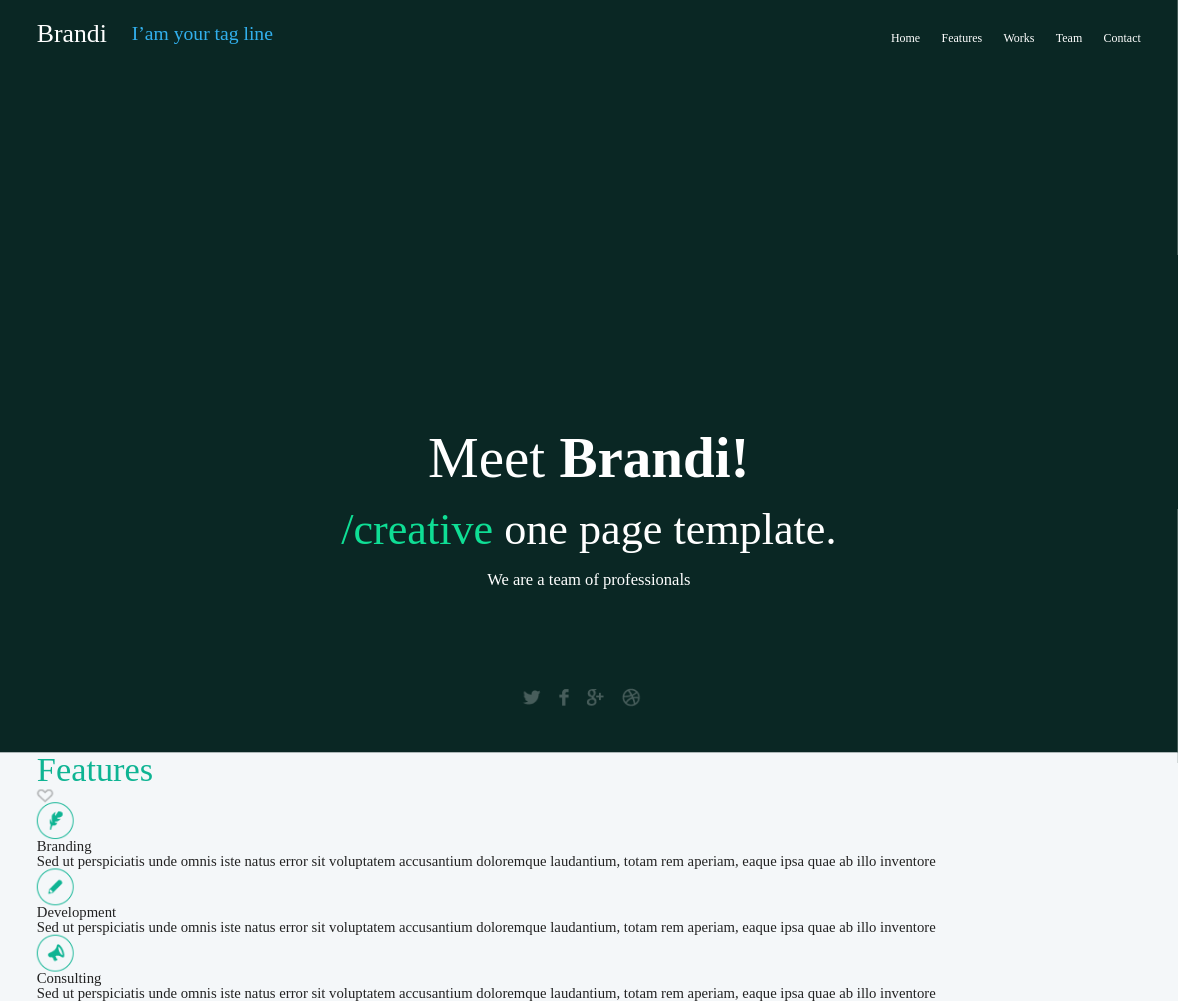
Repository: iravakilova/Brandi
Page: app/index.html
An editor plug-in stored every save of this project. The page is shown before and after the next save, followed by the edit.
The browser window is 1280 px wide. The pictures show the whole page, at 92% of full size.

Above is the page before, as saved 2020-02-14 22:16:22.

### app/index.html
<!DOCTYPE html>
<html lang="en">
<head>
    <meta charset="UTF-8">
    <meta name="viewport" content="width=device-width, initial-scale=1.0">
    <title>BRANDI</title>
    <link rel="stylesheet" href="reset.css">
    <link rel="stylesheet" href="style.css">
</head>
<body>

    <!-- header -->

    <header class="header">
        <div class="container">
            <div class="header__inner">
                <div class="header__logo">
                    <p class="logo">Brandi</p>
                    <p class="logo-text">I’am your tag line</p>
                </div>

                <nav class="nav">
                    <a class="nav__link active" href="#">Home</a>
                    <a class="nav__link" href="#">Features</a>
                    <a class="nav__link" href="#">Works</a>
                    <a class="nav__link" href="#">Team</a>
                    <a class="nav__link" href="#">Contact</a>
                </nav>
            </div>
        </div>

        <div class="intro">
            <div class="container">
                <div class="intro__inner">
                    <h1 class="intro__title">Meet <span style="font-weight: bold;">Brandi! </span> </h1>
                    <h2 class="intro__suptitle"><span style="color:#0fde95;">/creative</span> one page template.</h2>
                    <span class="intro__descr">We are a team of professionals</span>
                </div>
                <div class="social">
                    <a class="social__link" href="#"><img src="./img/twitter.png" alt="twitter"></a>
                    <a class="social__link" href="#"><img src="./img/facebook.png" alt="facebook"></a>
                    <a class="social__link" href="#"><img src="./img/google.png" alt="google"></a>
                    <a class="social__link" href="#"><img src="./img/dribbble.png" alt="dribbble"></a>
                </div>
            </div>
        </div>
    </header>

    <!-- features -->

    <section class="features">
        <div class="container">
            <h3 class="unit-title">Features</h3>
            <img class="heart" src="./img/heart.png" alt="">
            <div class="features__inner">
                <div class="features__var">
                    <img class="features__image" src="./img/features-1.png" alt="">
                    <h4 class="features__title">Branding</h4>
                    <p class="features__descr">Sed ut perspiciatis unde omnis iste natus error sit voluptatem accusantium doloremque laudantium, totam rem aperiam, eaque ipsa quae ab illo inventore</p>
                </div>
                <div class="features__var">
                    <img class="features__image" src="./img/features-2.png" alt="">
                    <h4 class="features__titile">Development</h4>
                    <p class="features__descr">Sed ut perspiciatis unde omnis iste natus error sit voluptatem accusantium doloremque laudantium, totam rem aperiam, eaque ipsa quae ab illo inventore</p>
                </div>
                <div class="features__var">
                    <img class="features__image" src="./img/features-3.png" alt="">
                    <h4 class="features__titile">Consulting</h4>
                    <p class="features__descr">Sed ut perspiciatis unde omnis iste natus error sit voluptatem accusantium doloremque laudantium, totam rem aperiam, eaque ipsa quae ab illo inventore</p>
                </div>

            </div>
        </div>

    </section>


</body>
</html>

### app/style.css

.container {
    width: 100%;
    max-width: 1200px;
    margin: 0 auto;
}
.unit-title{
    font-family: "Pacifico-Regular", "AdobeInvisFont", "MyriadPro-Regular";
    font-size: 28pt;
    color: rgba(14, 180, 147, 255);
}
/* header */

.header {
    width: 100%;
    font-family: "Pacifico-Regular", "AdobeInvisFont", "MyriadPro-Regular";
    background-color: #0a2724;
}
.header__inner {
    display: flex;
    justify-content: space-between;
    align-items: center;
    padding-bottom: 394px;
}
.header__logo{
    display: flex;
    justify-content: space-between;
    align-items: center;
    margin: 0;
}
.logo {
    color: #fff;

    font-size: 28px;
    margin-right: 27px;
}
.logo-text{
    font-size: 16pt;
    color: rgba(50, 176, 238, 255);
}
.nav {
    font-size: 13px;
    padding: 35px 0 25px;

}
.nav__link {
    display: inline-block;
    vertical-align: top;
    margin-left: 20px;
    color: #fff;
    text-decoration: none;
}
.intro{
    text-align: center;
}
.intro__inner{
    margin-bottom: 109px;
}
.intro__title{
    font-size: 62px;
    color: #fff;
    padding-bottom: 22px;
}
.intro__suptitle{
    font-size: 48px;
    color: #fff;
    padding-bottom: 22px;
}
.intro__descr{
    font-size: 18px;
    color: #fff;
    margin-bottom: 109px;
}
.social{
    padding-bottom: 50px;
}
.social__link img{
    opacity: 0.25;
    margin-right: 16px;
}
.social img:hover{
    opacity: 1;
}

/* features */

.features{
    width: 100%;
    background-color: #f4f7f9;
}

Loaded but not shown: app/reset.css (common file)

After the next save:
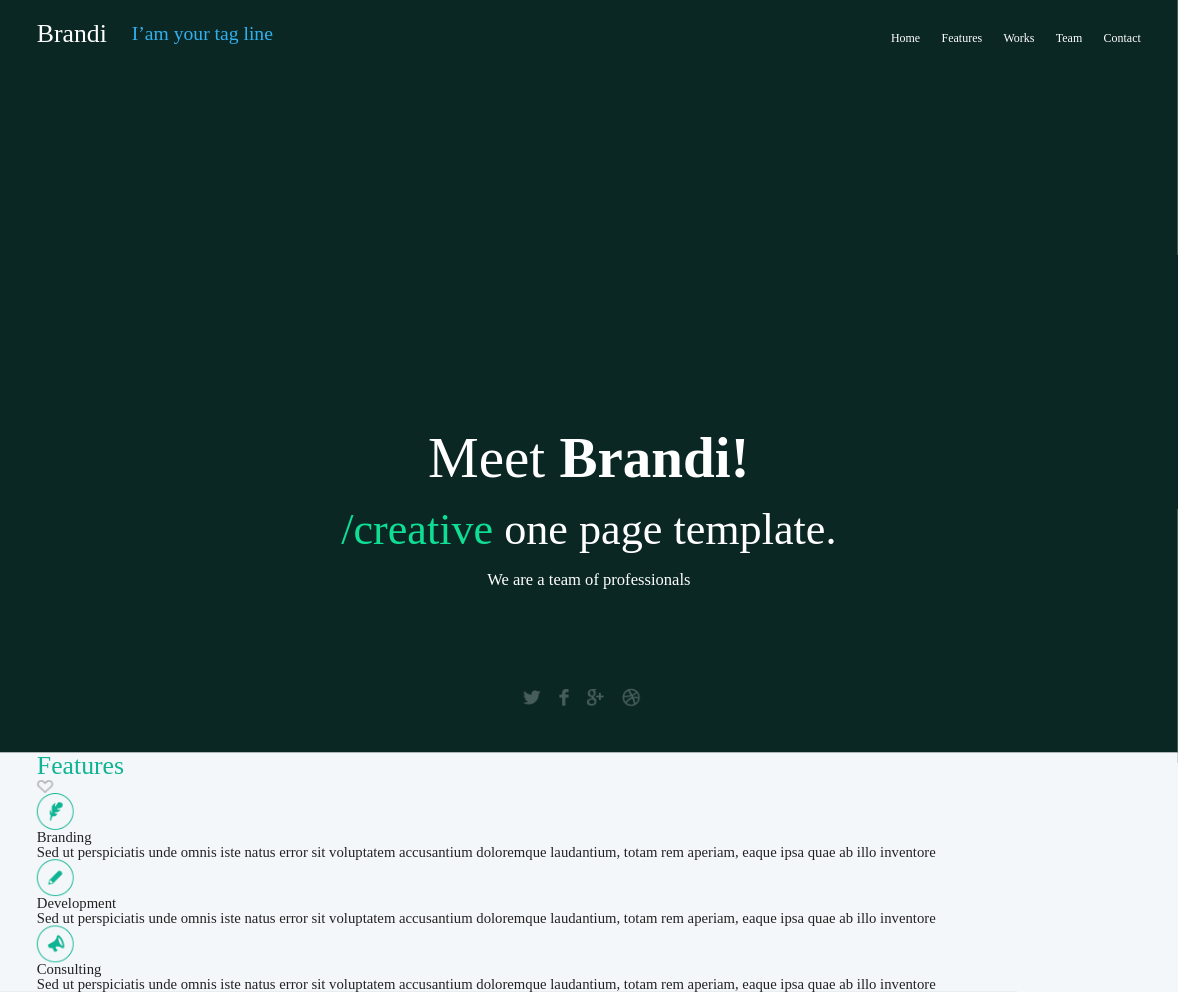
Saved 4 s later.
--- a/app/style.css
+++ b/app/style.css
@@ -6,7 +6,7 @@
 }
 .unit-title{
     font-family: "Pacifico-Regular", "AdobeInvisFont", "MyriadPro-Regular";
-    font-size: 28pt;
+    font-size: 28px;
     color: rgba(14, 180, 147, 255);
 }
 /* header */
